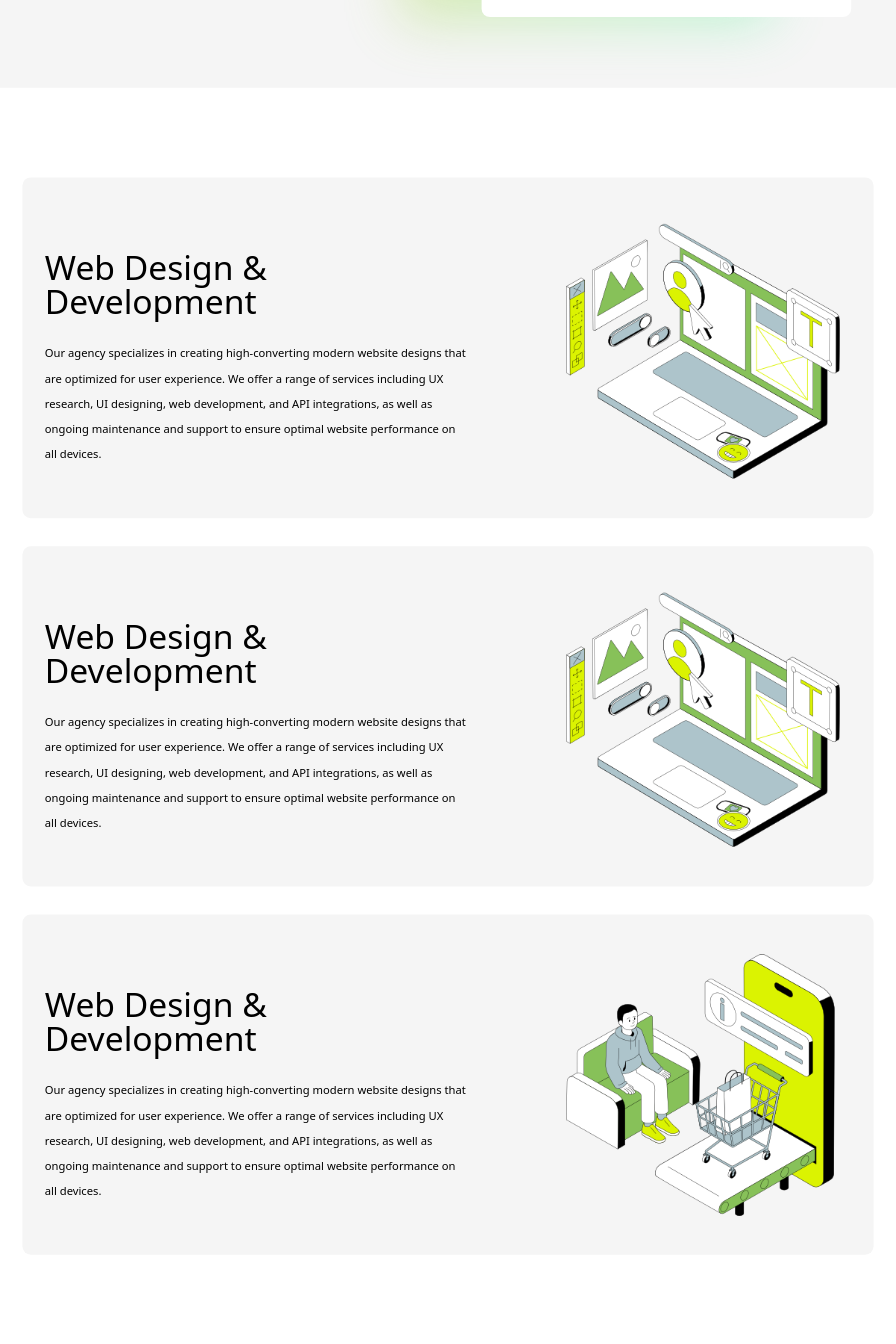
Repository: ornelasedward/mired_website
Page: /
The author's editor kept a copy of each file at every save. The page is drawn from the files as they stood at one save, then again after the next save.
The browser window is 1280 px wide. The pictures show the part of the page from y = 1909 to 3829 px (the page is 3829 px tall), at 70% of full size.
The project was rebuilt for these pictures with package versions that can differ from the ones it lists, and the page was loaded fresh each time. The framework's server and built-in components were replaced by stand-ins that run in the browser. Also part of the build but not shown: next.config.js.

Above is the page before, as saved 2023-03-28 20:55:15.

After the next save:
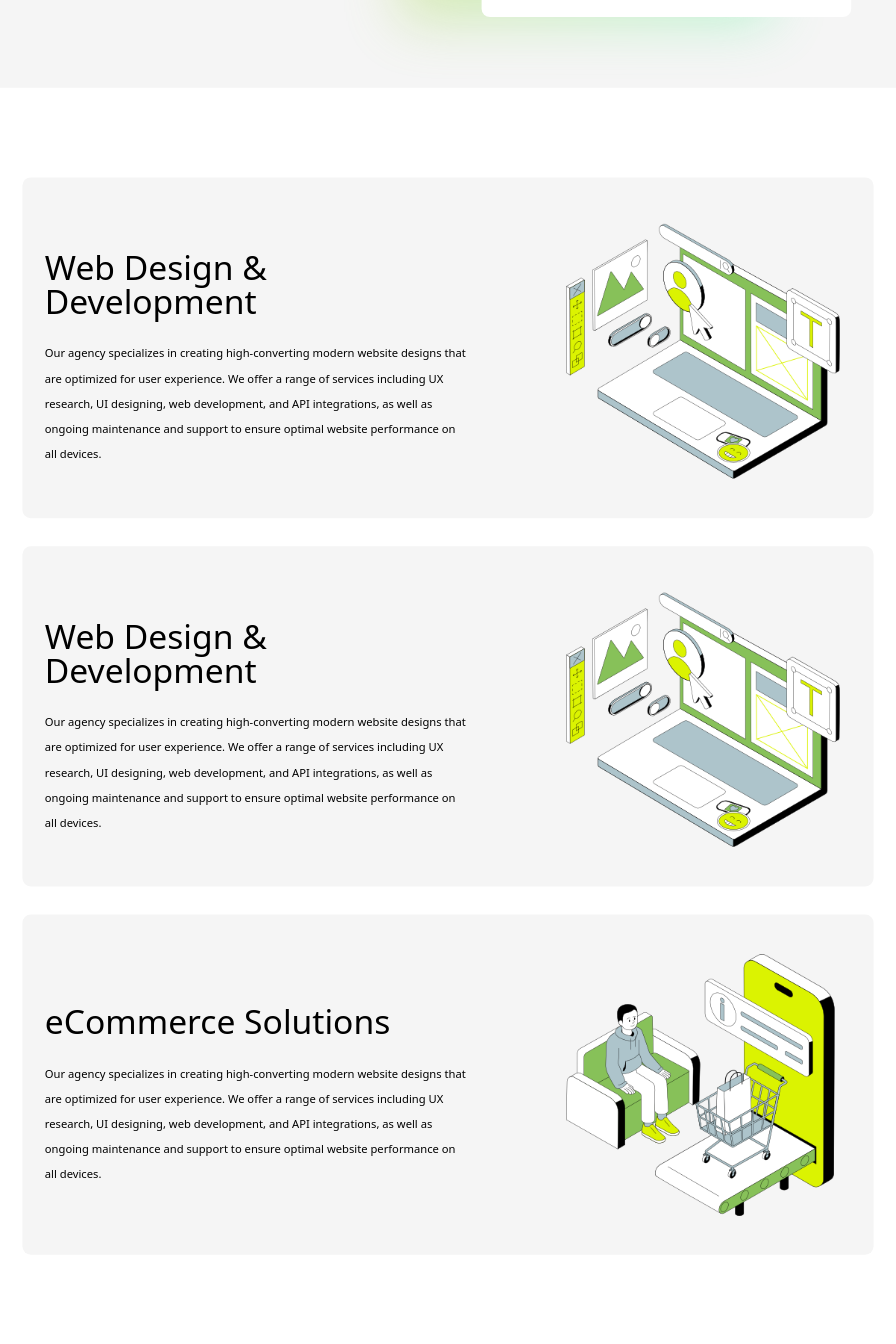
Saved 20 s later.
--- a/components/Services.tsx
+++ b/components/Services.tsx
@@ -70,7 +70,7 @@
               <div className="col-span-3 flex items-center max-w-2xl">
                 <div className="px-8 pt-8 flex flex-col lg:gap-8 gap-6 lg:max-w-2xl">
                   <h1 className="xl:text-5xl lg:text-4xl sm:text-2xl text-3xl font-normal text-black">
-                    Web Design & Development
+                    eCommerce Solutions
                   </h1>
                   <p className="text-md font-light lg:leading-9 md:leading-6 leading-9">
                     Our agency specializes in creating high-converting modern
